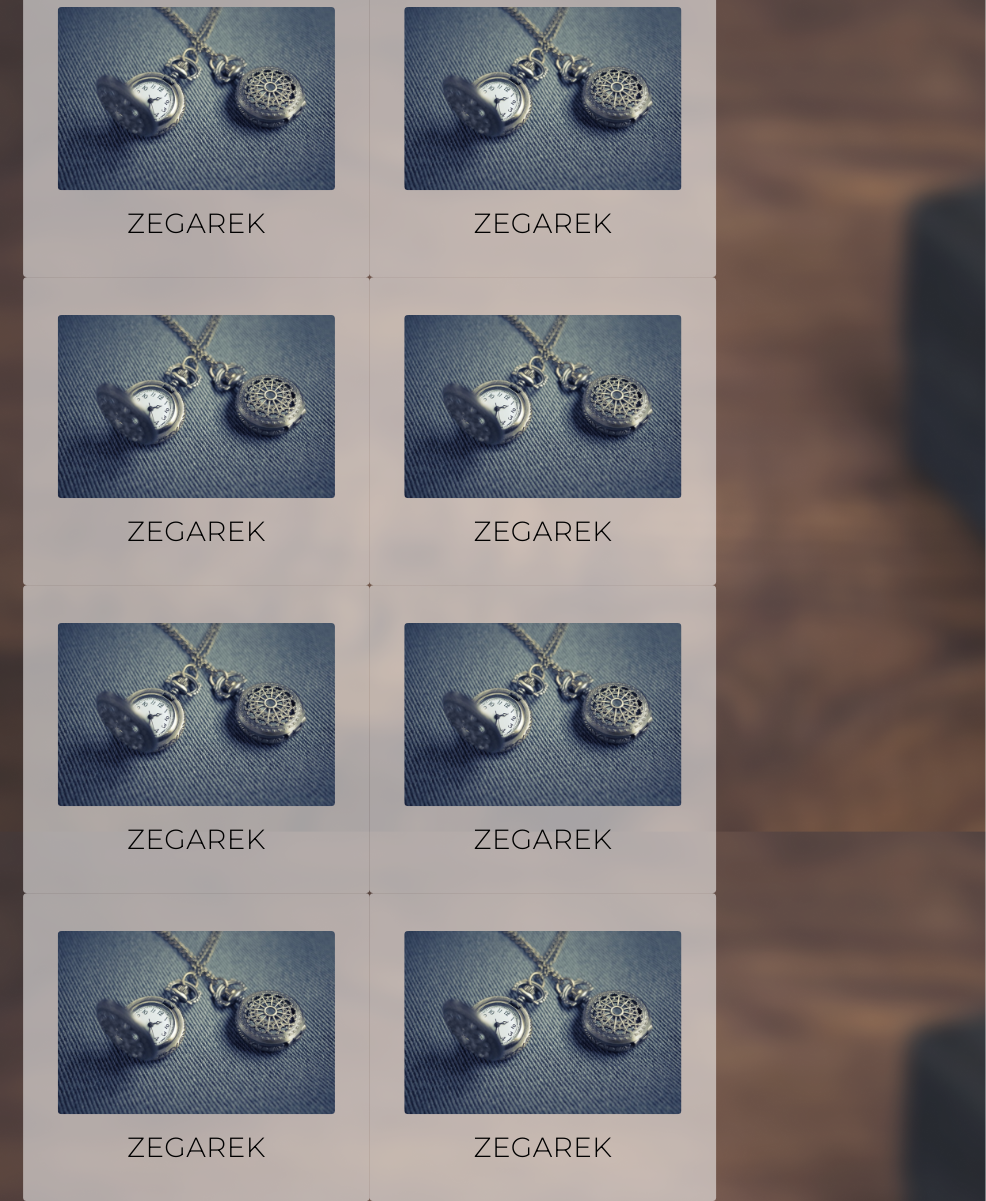
Repository: Rickardo198/prezent
Page: index.html
An editor plug-in stored every save of this project. The page is shown before and after the next save, followed by the edit.
The browser window is 1280 px wide. The pictures show the whole page, at 77% of full size.

Above is the page before, as saved 2020-10-25 21:23:45.

### index.html
<!DOCTYPE HTML>
<html>
<head>
    <title>Wszystkiego najlepszego!</title>
    <meta charset="utf-8">
    <style>
        @import url('https://fonts.googleapis.com/css2?family=Montserrat:wght@300&display=swap');
        *{
            margin: 0;
            padding: 0;
        }
        body{
            width: calc(100vw - 20px);
            height: 100vh;
            background: url("bg.png");
            box-sizing: border-box;
            font-family: 'Montserrat', sans-serif;
            display: flex;
            align-items: center;
            justify-content: center;
        }
        .wrapper{
            max-width: 1200px;
            display: flex;
            flex-flow: row wrap;
            align-items: center;
            align-items: center;
        }
        .cardWrapper{
            width: 450px;
            height: 400px;
            position: relative;
            display: flex;
            flex-direction: column;
            align-items: center;
            justify-content: center;

        }
        .bgWrapper{
            width: 100%;
            height: 100%;
            position: absolute;
            top:0;
            left: 0;
            background: rgba(255, 255, 255, .55);
            filter: blur(30);
            z-index: -1;
            border-radius: 5px;
        }
        .wrapperImg{
            width: 80%;
            border-radius: 5px;
        }
        .wrapperTitle{
            margin-top: 20px;
            font-size: 36px;
            letter-spacing: .6px;
        }
    </style>
</head>
<body>
    <div class="wrapper">
        <div class="cardWrapper">
            <div class="bgWrapper"></div>
            <img src="img.png" alt="obrazki" class="wrapperImg">
            <p class="wrapperTitle">ZEGAREK</p>
        </div>
        <div class="cardWrapper">
            <div class="bgWrapper"></div>
            <img src="img.png" alt="obrazki" class="wrapperImg">
            <p class="wrapperTitle">ZEGAREK</p>
        </div>
        <div class="cardWrapper">
            <div class="bgWrapper"></div>
            <img src="img.png" alt="obrazki" class="wrapperImg">
            <p class="wrapperTitle">ZEGAREK</p>
        </div>
        <div class="cardWrapper">
            <div class="bgWrapper"></div>
            <img src="img.png" alt="obrazki" class="wrapperImg">
            <p class="wrapperTitle">ZEGAREK</p>
        </div>
        <div class="cardWrapper">
            <div class="bgWrapper"></div>
            <img src="img.png" alt="obrazki" class="wrapperImg">
            <p class="wrapperTitle">ZEGAREK</p>
        </div>
        <div class="cardWrapper">
            <div class="bgWrapper"></div>
            <img src="img.png" alt="obrazki" class="wrapperImg">
            <p class="wrapperTitle">ZEGAREK</p>
        </div>
        <div class="cardWrapper">
            <div class="bgWrapper"></div>
            <img src="img.png" alt="obrazki" class="wrapperImg">
            <p class="wrapperTitle">ZEGAREK</p>
        </div>
        <div class="cardWrapper">
            <div class="bgWrapper"></div>
            <img src="img.png" alt="obrazki" class="wrapperImg">
            <p class="wrapperTitle">ZEGAREK</p>
        </div>
        <div class="cardWrapper">
            <div class="bgWrapper"></div>
            <img src="img.png" alt="obrazki" class="wrapperImg">
            <p class="wrapperTitle">ZEGAREK</p>
        </div>        <div class="cardWrapper">
            <div class="bgWrapper"></div>
            <img src="img.png" alt="obrazki" class="wrapperImg">
            <p class="wrapperTitle">ZEGAREK</p>
        </div>        <div class="cardWrapper">
            <div class="bgWrapper"></div>
            <img src="img.png" alt="obrazki" class="wrapperImg">
            <p class="wrapperTitle">ZEGAREK</p>
        </div>        <div class="cardWrapper">
            <div class="bgWrapper"></div>
            <img src="img.png" alt="obrazki" class="wrapperImg">
            <p class="wrapperTitle">ZEGAREK</p>
        </div>
    </div>
</body>
</html>

After the next save:
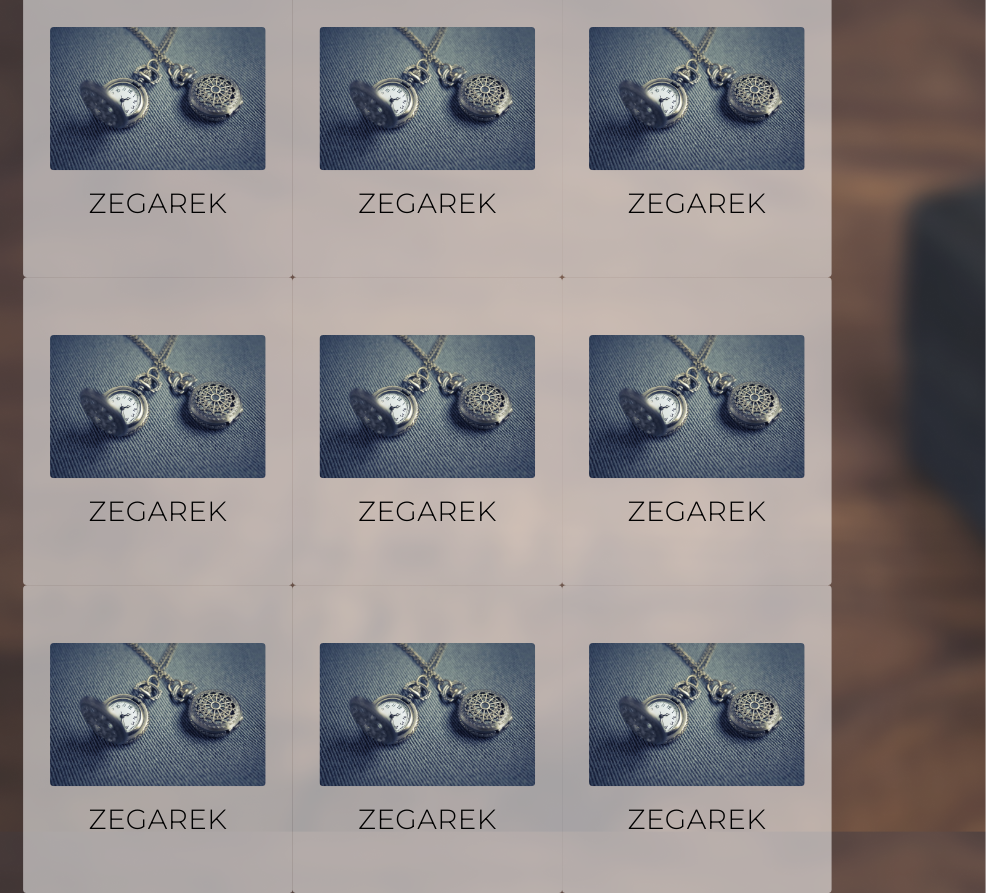
Saved 24 s later.
--- a/index.html
+++ b/index.html
@@ -27,7 +27,7 @@
             align-items: center;
         }
         .cardWrapper{
-            width: 450px;
+            width: 350px;
             height: 400px;
             position: relative;
             display: flex;
